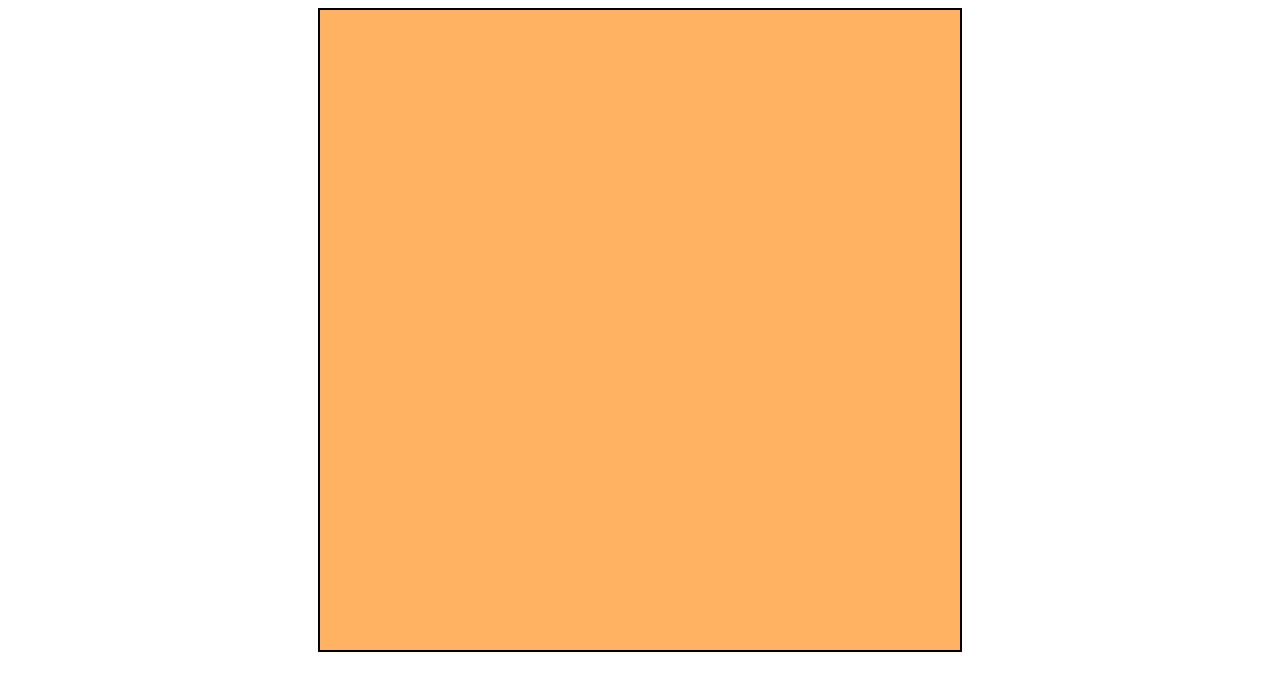
Repository: sezna/gamestuff
Page: http://localhost/
The author's editor kept a record of every edit. The page is drawn from the files as they stood at one moment, then again after the next edit.
The browser window is 1280 px wide. The pictures show the whole page.
The page is run by PHP 8.4 with error messages shown; the project is at /var/www/html/.

Above is the page before.

After the next edit:
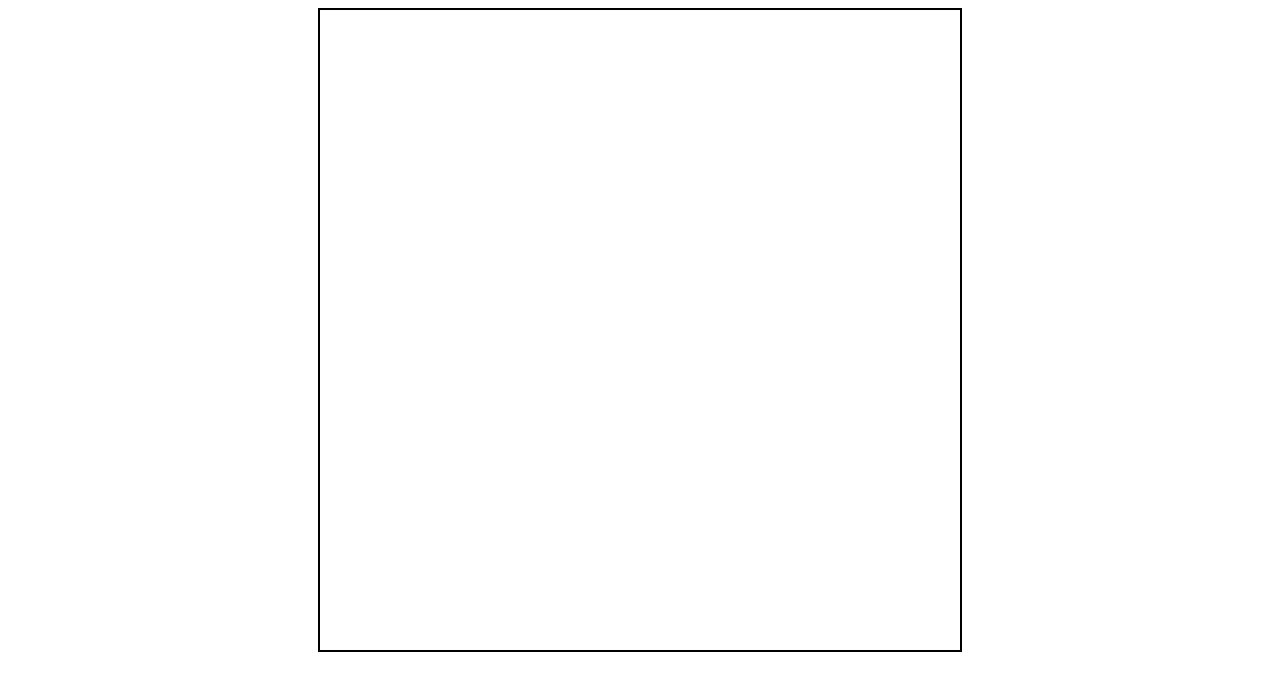
The edit:
--- a/workspace/canvas.js
+++ b/workspace/canvas.js
@@ -3,4 +3,4 @@
 
 ctx.fillStyle = "#ffb261";
 
-ctx.fillRect(0, 0, 640, 640);
+//ctx.fillRect(0, 0, 640, 640);
